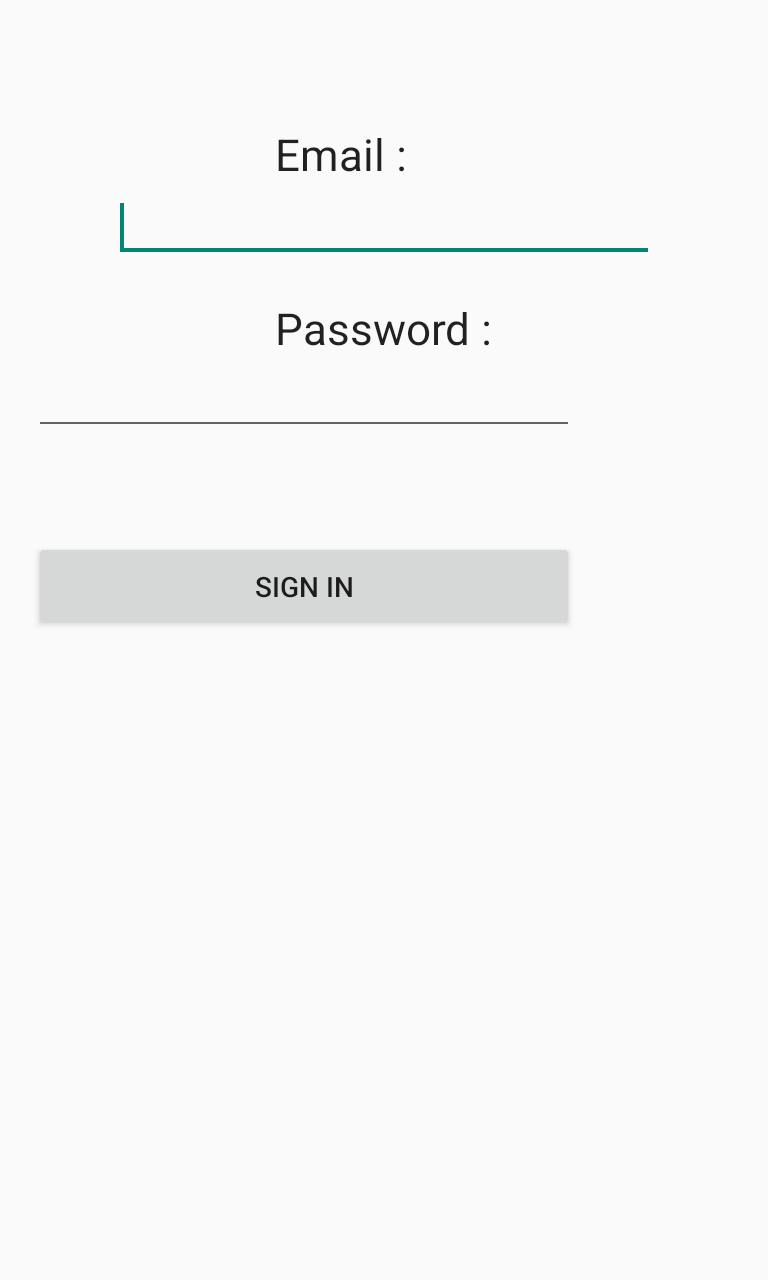
Repository: HAYKEL88/MASTER2_PFE
Layout: PFE_ANDROID/res/layout/activity_sign_in.xml
These files come from the project's save history. The layout is drawn as it stood at one moment and after the next save; the edit follows.
It is drawn on a 768 x 1280 px phone screen (xhdpi) without system bars, with theme AppTheme; the app's code is not run.

Above is the layout before, as saved 2014-12-21 11:31:28.

After the next save:
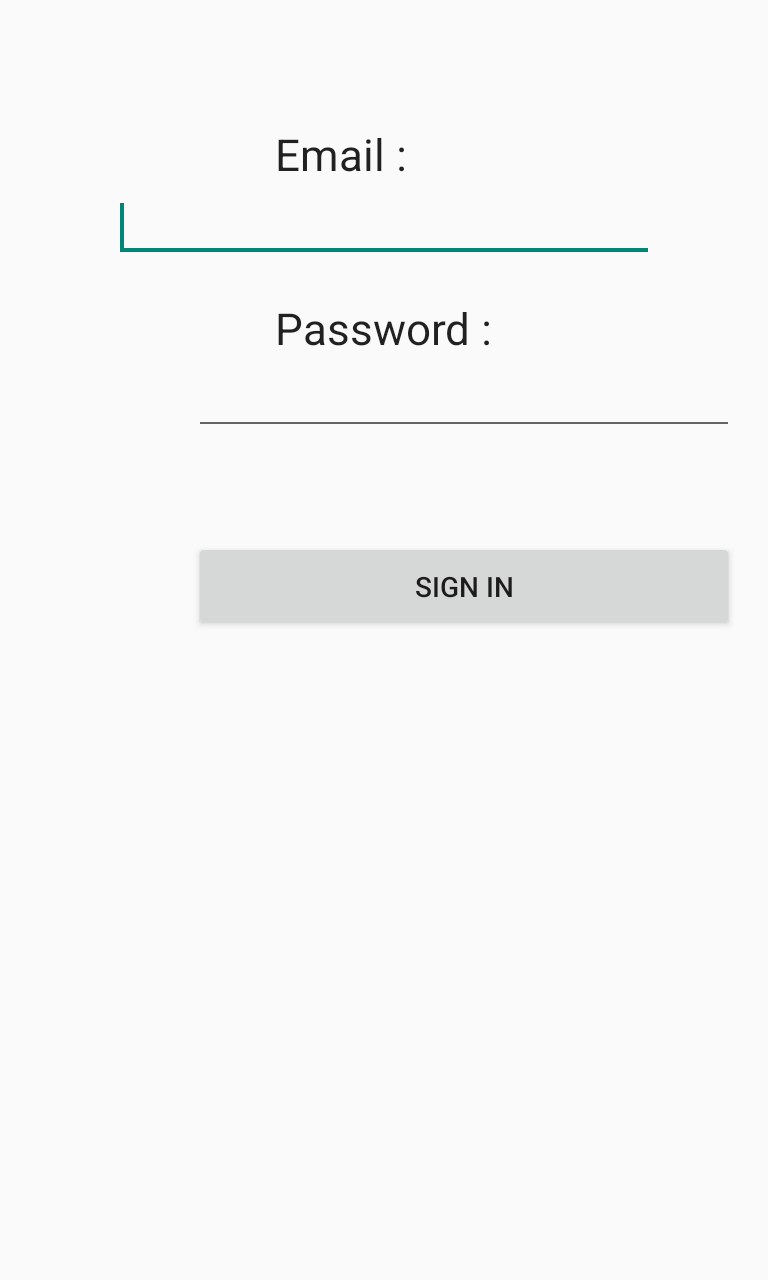
Saved 14 min 3 s later.
--- a/PFE_ANDROID/res/layout/activity_sign_in.xml
+++ b/PFE_ANDROID/res/layout/activity_sign_in.xml
@@ -56,8 +56,9 @@
         android:id="@+id/etPassword"
         android:layout_width="272dp"
         android:layout_height="wrap_content"
-        android:layout_alignLeft="@+id/button1"
+        android:layout_alignRight="@+id/tvResponse"
         android:layout_below="@+id/tvHeight"
+        android:layout_centerHorizontal="true"
         android:ems="10"
         android:inputType="textPassword" />
 
@@ -65,8 +66,9 @@
         android:id="@+id/button1"
         android:layout_width="272dp"
         android:layout_height="wrap_content"
-        android:layout_alignLeft="@+id/tvResponse"
+        android:layout_alignLeft="@+id/etPassword"
         android:layout_below="@+id/etPassword"
+        android:layout_centerHorizontal="true"
         android:layout_marginTop="49dp"
         android:onClick="signIn"
         android:text="@string/button_signIn" />
